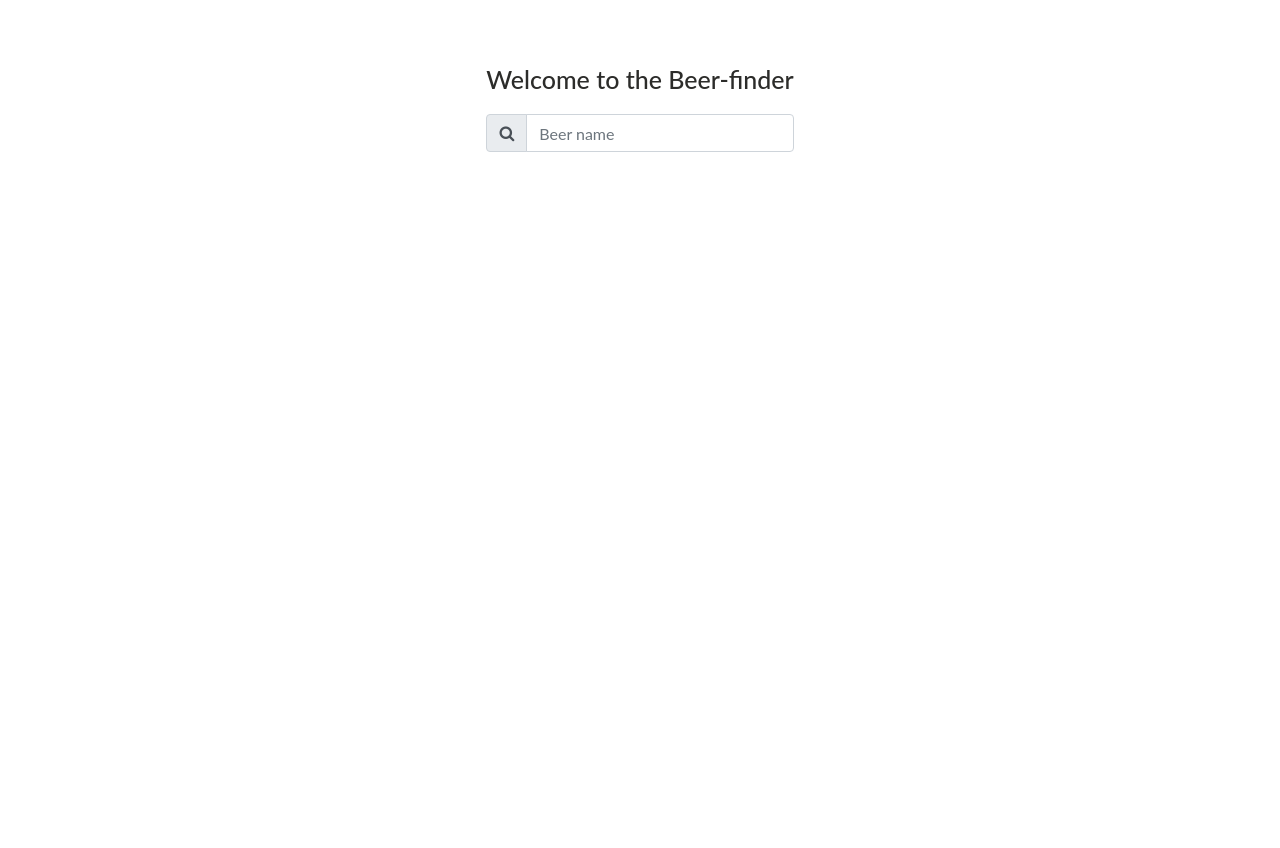
Repository: marcinszymaszek/beer-finder
Page: /
The author's editor kept a copy of each file at every save. The page is drawn from the files as they stood at one save, then again after the next save.
The browser window is 1280 px wide. The pictures show the whole page.
The project was rebuilt for these pictures with package versions that can differ from the ones it lists, and the page was loaded fresh each time. Also part of the build but not shown: src/components/beers/Beers.css.

Above is the page before, as saved 2020-05-24 18:18:33.

### public/index.html
<!DOCTYPE html>
<html lang="en">
  <head>
    <meta charset="utf-8" />
    <link rel="icon" href="%PUBLIC_URL%/favicon.ico" />
    <link rel="stylesheet" href="https://stackpath.bootstrapcdn.com/font-awesome/4.7.0/css/font-awesome.min.css">
    <meta name="viewport" content="width=device-width, initial-scale=1" />
    <meta name="theme-color" content="#000000" />
    <meta
      name="description"
      content="Web site created using create-react-app"
    />
    <link rel="apple-touch-icon" href="%PUBLIC_URL%/logo192.png" />
    <!--
      manifest.json provides metadata used when your web app is installed on a
      user's mobile device or desktop. See https://developers.google.com/web/fundamentals/web-app-manifest/
    -->
    <link rel="manifest" href="%PUBLIC_URL%/manifest.json" />
    <!--
      Notice the use of %PUBLIC_URL% in the tags above.
      It will be replaced with the URL of the `public` folder during the build.
      Only files inside the `public` folder can be referenced from the HTML.

      Unlike "/favicon.ico" or "favicon.ico", "%PUBLIC_URL%/favicon.ico" will
      work correctly both with client-side routing and a non-root public URL.
      Learn how to configure a non-root public URL by running `npm run build`.
    -->
    <title>Beer-finder App</title>
  </head>
  <body>
    <noscript>You need to enable JavaScript to run this app.</noscript>
    <div id="root"></div>
    <!--
      This HTML file is a template.
      If you open it directly in the browser, you will see an empty page.

      You can add webfonts, meta tags, or analytics to this file.
      The build step will place the bundled scripts into the <body> tag.

      To begin the development, run `npm start` or `yarn start`.
      To create a production bundle, use `npm run build` or `yarn build`.
    -->
  </body>
</html>

### src/index.js
import React from 'react';
import ReactDOM from 'react-dom';
import './index.css';
import App from './components/main/App';
import * as serviceWorker from './serviceWorker';
import 'bootstrap/dist/css/bootstrap.min.css';

ReactDOM.render(
  <React.StrictMode>
    <App />
  </React.StrictMode>,
  document.getElementById('root')
);

// If you want your app to work offline and load faster, you can change
// unregister() to register() below. Note this comes with some pitfalls.
// Learn more about service workers: https://bit.ly/CRA-PWA
serviceWorker.unregister();

### src/components/main/App.js
import React from 'react';
import './App.css';
import Search from '../search/Search'


const App = () => {

  return (
    <div className="main-container">
      <Search />
    </div>
  );
}

export default App;

### src/components/main/App.css
.main-container {
  font-family: Lato, sans-serif;
  font-size: 1.5em;
  height: 100vh;
  line-height: 20px;
  font-size: 1.3rem;
  text-align: center;
  margin: 5% 20%;
}


.app-title{
  line-height: normal;
  font-size: 25px;
  color: #2c2c2a;
  margin-bottom: 20px;
}

@media (max-width: 790px)  {
  .main-container  {
    font-size: 1.2em;
  }
}

@media (max-width: 580px)  {
  .main-container  {
    height: auto;
    margin-bottom: 20%;
    margin-left: 15%;
    margin-right: 15%;
  }

  .app-title{
    margin-bottom: 0px;
  }

}

### src/components/search/Search.js
import React, { useState } from 'react';
import './Search.css';
import axios from 'axios';
import Pagination from '../pagination/Pagination';
import Beers from '../beers/Beers';
import Form from '../form/Form';
import Loader from '../../loader.gif';

const Search = () => {

    const [query, setQuery] = useState('');
    const [beers, setBeers] = useState([]);
    const [loading, setLoading] = useState(false);
    const [message, setMessage] = useState('');

    const [currentPage, setCurrentPage] = useState(1);
    const [beersPerPage, setBeersPerPage] = useState(10);


    const fetchSearchBeers = (updatedPageNo = '', query) => {
        let cancel = "";
        const pageNumber = updatedPageNo ? `&per_page=${updatedPageNo}` : '';
        const searchUrl = `https://api.punkapi.com/v2/beers?beer_name=${query}${pageNumber}`;
        if (cancel) {
            cancel.cancel();
        }
        cancel = axios.CancelToken.source();
        axios.get(searchUrl, {
            cancelToken: cancel.token
        })
            .then((res) => {
                const resultNotFoundMsg = !res.data.length
                    ? 'There are no more search beers. Please try a new search..'
                    : '';
                setMessage(resultNotFoundMsg);
                setLoading(false);
                setBeers(res.data);
            })
            .catch((error) => {
                if (axios.isCancel(error) || error) {
                    setLoading(false);
                    setMessage('Failed to fetch beers.Please check network..');
                }
            });
    };


    const handleOnInputChange = (event) => {
        const query = event.target.value;
        if (!query) {
            setBeers([]);
            setMessage("");
        } else {
            setQuery(query);
            setLoading(true);
            setMessage("");
            fetchSearchBeers(80, query);
        }
    };

    // Get current beers
    const indexOfLastBeer = currentPage * beersPerPage;
    const indexOfFirstBeer = indexOfLastBeer - beersPerPage;
    const currentBeers = beers.slice(indexOfFirstBeer, indexOfLastBeer);

    //Change page
    const paginate = pageNumber => setCurrentPage(pageNumber);


    return (
        <>
            <div className="inline-container">
                <h1 className="app-title">Welcome to the Beer-finder</h1>
                <Form handleOnInputChange={handleOnInputChange} query={query} />
            </div>
            <Beers currentBeers={currentBeers} />
            <Pagination beersPerPage={beersPerPage}
                totalBeers={beers.length}
                paginate={paginate}
            />

            {message && <p className="message">{message}</p>}

            <img src={Loader} className={`search-loading ${loading ? 'show' : 'hide'}`} alt="loader" />

        </>
    )
}

export default Search;

### src/components/search/Search.css
.inline-container {
    flex-flow: wrap;
    align-content: center;
    align-items: stretch;
    justify-content: space-around;
}

/*Loader*/
.search-loading {
    position: absolute;
	left: 0;
	right: 0;
	margin: auto;
}

/*Show and hide*/
.show {
	display: inline-block;
}.hide {
	display: none;
}


@media (max-width: 790px)  {
    .inline-container {
        justify-content: space-evenly;
    }
}

### src/components/pagination/Pagination.js
import React from "react";
import './Pagination.css';

const Pagination = ({ beersPerPage, totalBeers, paginate }) => {
    const beerNumbers = [];

    for (let i = 1; i <= Math.ceil(totalBeers / beersPerPage); i++) {
        beerNumbers.push(i);
    }

    return (
        <nav>
            <ul className="pagination" id="beer-list-pagination">
                {beerNumbers.map(number => (
                    <li key={number} className="page-item">
                        <a  onClick={() => {paginate(number)}} href="!#" className="page-link" id="beer-pag-link">
                            {number}
                        </a>
                    </li>
                ))}
            </ul>
        </nav>
    )
}


export default Pagination;

### src/components/beers/Beers.js
import React from "react";
import './Beers.css';

const Beers = ({ currentBeers }) => {

    const renderSearchBeers = () => {
        if (Object.keys(currentBeers).length && currentBeers.length) {
            return (
                <div className="image-container">
                    {currentBeers.map((beer) => {
                        return (
                            <div key={beer.id}>
                                <img className="beer-img" src={beer.image_url} alt={beer.name} />
                                <h2 id="beer-title">{beer.name}</h2>
                            </div>
                        );
                    })}
                </div>
            );
        }
    };


    return (
        <>
            {renderSearchBeers()}
        </>
    )
}


export default Beers;

### src/components/form/Form.js
import React from "react";
import './Form.css';

const Form = ({ handleOnInputChange, query }) => {


    return (

        <div className="input-group" id="beer-form-input">
            <div className="input-group-prepend">
                <span className="input-group-text" id="basic-addon">
                    <i className="fa fa-search prefix"></i>
                </span>
            </div>
            <input
                className="form-control"
                type="text"
                placeholder="Beer name"
                value={query}
                onChange={event => handleOnInputChange(event)}
            />
        </div>

    );

};

export default Form;

### src/components/pagination/Pagination.css
#beer-list-pagination{
    display: inline-flex;
    align-items: center;
}


#beer-pag-link{
    color: #2c2c2a;
}

### src/components/form/Form.css
#beer-form-input {
    width: 40%;
    display: inline-flex;
}

@media (max-width: 790px)  {
    #beer-form-input {
        width: 80%;
    }
}

@media (max-width: 580px)  {
    #beer-form-input {
        width: 100%;
        margin: 20px 0px;
        padding: 18px 10px;
    }
  }

Loaded but not shown: src/index.css (common file); src/serviceWorker.js (common file)

After the next save:
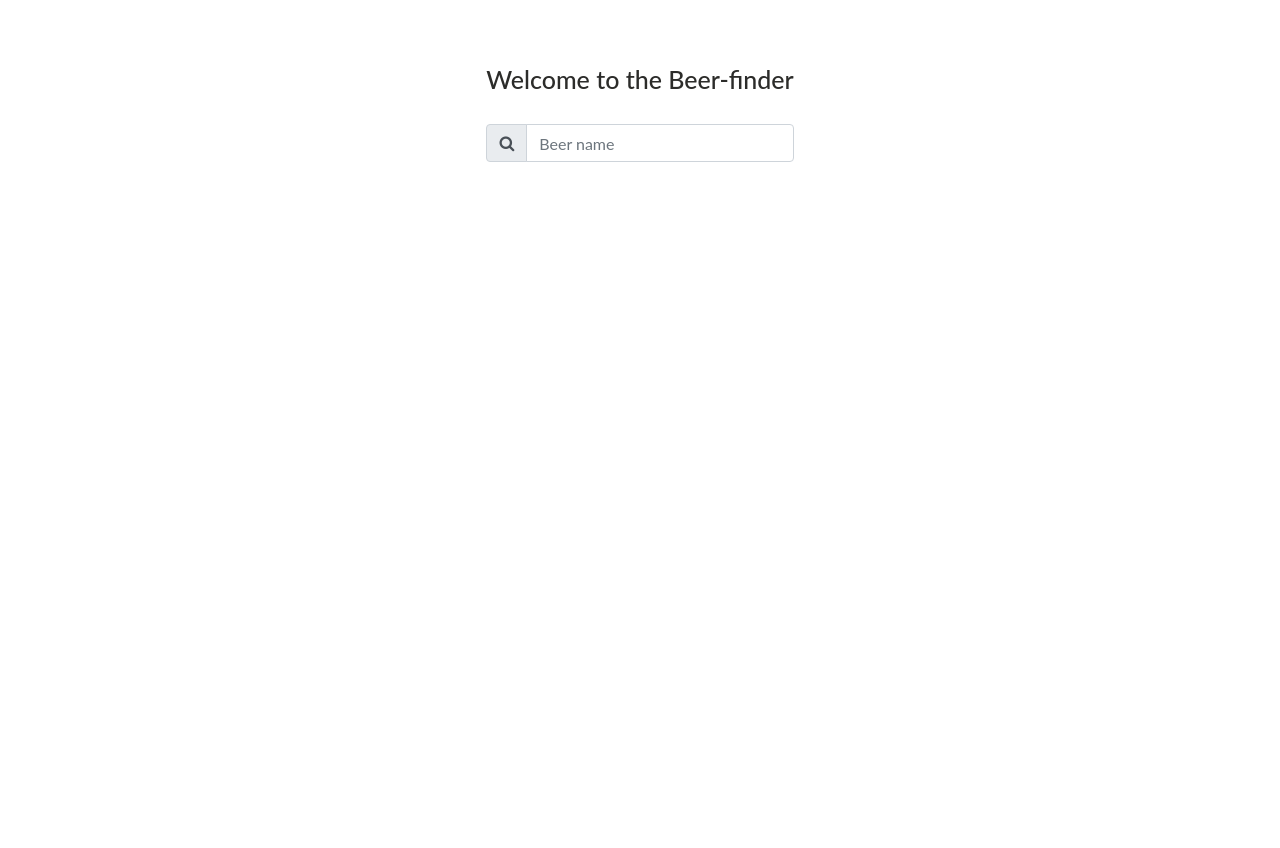
Saved 17 s later.
--- a/src/components/main/App.css
+++ b/src/components/main/App.css
@@ -13,7 +13,7 @@
   line-height: normal;
   font-size: 25px;
   color: #2c2c2a;
-  margin-bottom: 20px;
+  margin-bottom: 30px;
 }
 
 @media (max-width: 790px)  {
